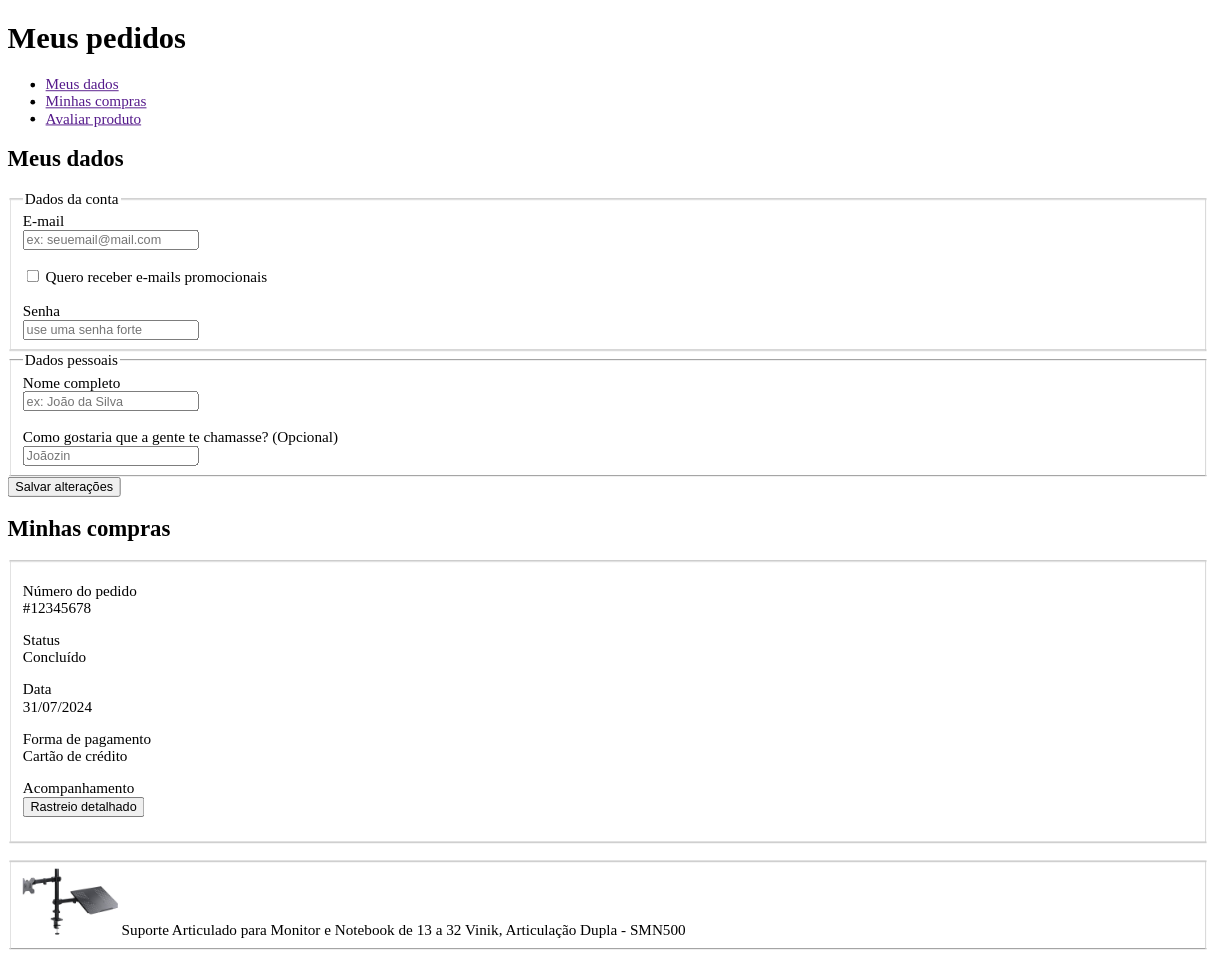
Repository: claudemir-camargo/site-compras
Page: index.html
These files come from the project's save history. The page is drawn as it stood at one moment and after the next save; the edit follows.
The browser window is 1280 px wide. The pictures show the whole page, at 95% of full size.

Above is the page before, as saved 2024-03-03 15:11:44.

### index.html
<!DOCTYPE html>
<html lang="en">

<head>
    <meta charset="UTF-8">
    <meta name="viewport" content="width=device-width, initial-scale=1.0">
    <link rel="stylesheet" type="text/css" href="css/style.css" />
    <title>Site de Compras</title>
</head>

<body>
    <h1>Meus pedidos</h1>
    <ul>
        <li><a href="">Meus dados</a></li>
        <li><a href="">Minhas compras</a></li>
        <li><a href="">Avaliar produto</a></li>
    </ul>
    <h2>Meus dados</h2>
    <!-- Conta -->
    <fieldset>
        <legend>Dados da conta</legend>
        <form>
            <label>E-mail</label><br>
            <input type="email" id="email" name="email" placeholder="ex: seuemail@mail.com"><br><br>
            <input type="checkbox">
            <label>Quero receber e-mails promocionais</label><br><br>
            <label>Senha</label><br>
            <input type="password" placeholder="use uma senha forte">
        </form>
    </fieldset>
    <!-- Pessoais -->
    <fieldset>
        <legend>Dados pessoais</legend>
        <form>
            <label>Nome completo</label><br>
            <input type="text" placeholder="ex: João da Silva"><br><br>
            <label>Como gostaria que a gente te chamasse? (Opcional) </label><br>
            <input type="text" placeholder="Joãozin">
        </form>
    </fieldset>
    <button type="button">Salvar alterações</button>
    <!-- Minhas compras -->
    <h2>Minhas compras</h2>
    <fieldset>
        <div class="details">
            <p>Número do pedido<br>#12345678</p>
            <p>Status<br>Concluído</p>
            <p>Data<br>31/07/2024</p>
            <p>Forma de pagamento<br>Cartão de crédito</p>
            <p>Acompanhamento<br><button>Rastreio detalhado</button></p>
    </fieldset>
    <!-- Produto -->
    <br>
    <fieldset>
        <img src="img/suporte.jpg" alt="Suporte">
        Suporte Articulado para Monitor e Notebook de 13 a 32 Vinik,
        Articulação Dupla - SMN500
    </fieldset>


</body>

</html>

### css/style.css
img {
    width: 100px;
    height: 70px;
    object-fit: cover;
}

After the next save:
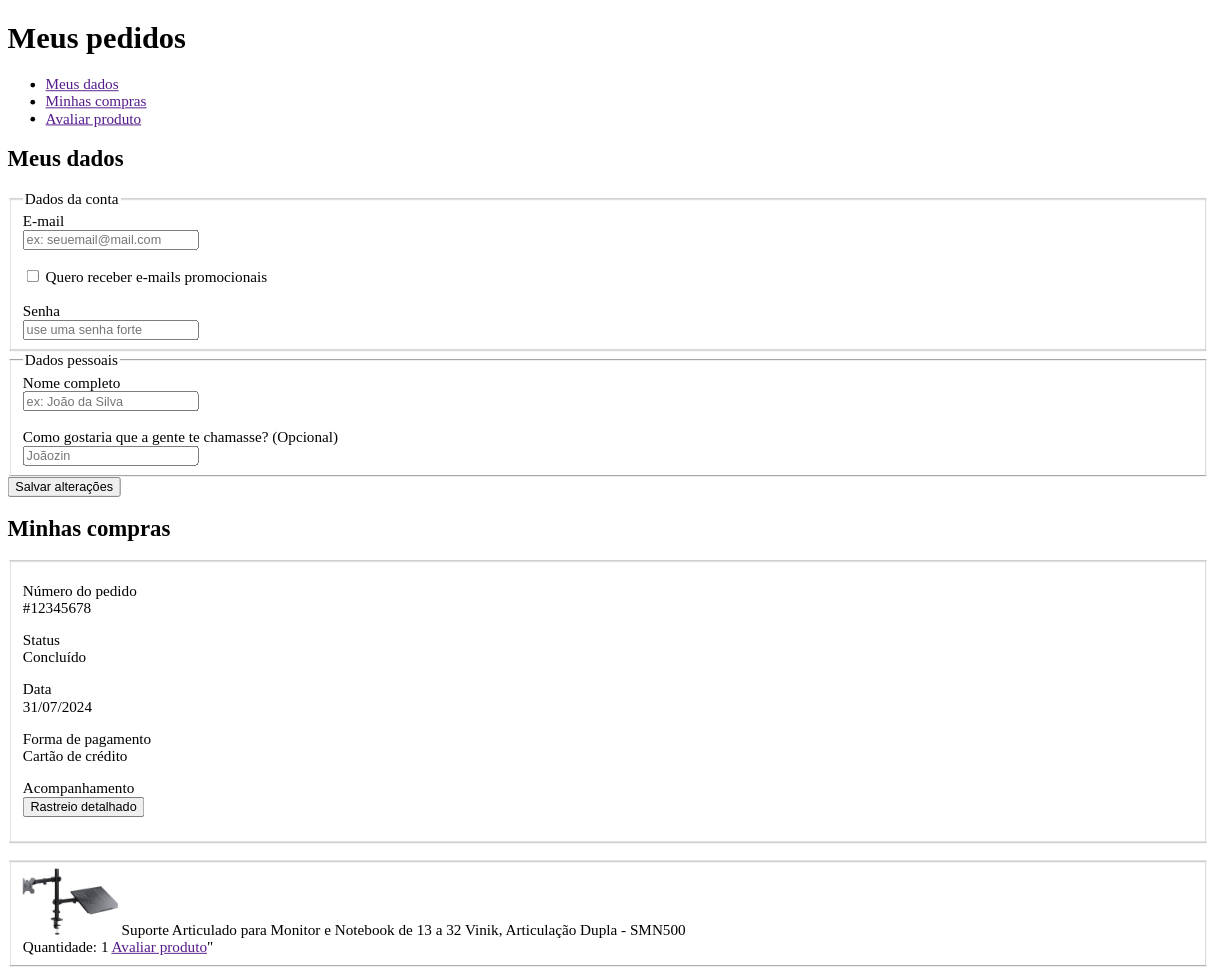
Saved 73 s later.
--- a/index.html
+++ b/index.html
@@ -54,7 +54,9 @@
     <fieldset>
         <img src="img/suporte.jpg" alt="Suporte">
         Suporte Articulado para Monitor e Notebook de 13 a 32 Vinik,
-        Articulação Dupla - SMN500
+        Articulação Dupla - SMN500<br>
+        Quantidade: 1
+        <a href="">Avaliar produto</a>"
     </fieldset>
 
 
